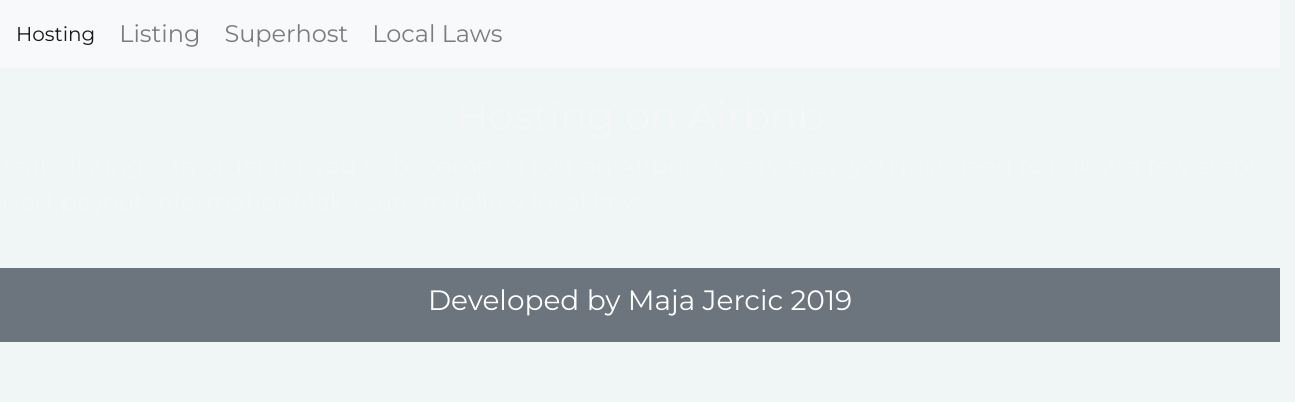
Repository: Maja-Jer/Hosting-on-Airbnb
Page: index.html
The author's editor kept a record of every edit. The page is drawn from the files as they stood at one moment, then again after the next edit.
The browser window is 1280 px wide. The page is 1295 px wide, so the pictures cover 1295 px, including what lies to the right of the window. The pictures show the whole page.
Some web libraries are served in a nearby version.

Above is the page before.
Console error: TypeError: Cannot read properties of undefined (reading 'fn')

### index.html
<!DOCTYPE html>
<html lang="en">

<head>
    <meta charset="UTF-8">
    <meta name="viewport" content="width=device-width, initial-scale=1">
    <meta http-equiv="X-UA-Compatible" content="ie=edge">
    <link rel="stylesheet" href="https://stackpath.bootstrapcdn.com/bootstrap/4.3.1/css/bootstrap.min.css" integrity="sha384-ggOyR0iXCbMQv3Xipma34MD+dH/1fQ784/j6cY/iJTQUOhcWr7x9JvoRxT2MZw1T" crossorigin="anonymous">
    <script src="https://stackpath.bootstrapcdn.com/bootstrap/4.3.1/js/bootstrap.min.js" integrity="sha384-JjSmVgyd0p3pXB1rRibZUAYoIIy6OrQ6VrjIEaFf/nJGzIxFDsf4x0xIM+B07jRM" crossorigin="anonymous"></script>
    <link rel="stylesheet" href="https://use.fontawesome.com/releases/v5.6.1/css/all.css" integrity="sha384-gfdkjb5BdAXd+lj+gudLWI+BXq4IuLW5IT+brZEZsLFm++aCMlF1V92rMkPaX4PP" crossorigin="anonymous">
    <link href="https://fonts.googleapis.com/css?family=Montserrat" rel="stylesheet">
    <link rel="stylesheet" href="style.css" type="text/css" />
    <title>Hosting on Airbnb</title>
</head>

<body>

    <!---------------Navgation-------->
    <nav class="navbar navbar-light bg-light navbar-expand-sm">
         <a href="/" class="navbar-brand">Hosting</a>

        <!---------------Dropdown menu-------->
        <button class="navbar-toggler ml-auto" type="button" data-toggle="collapse" data-target="#navbarNavDropdown" aria-controls="navbarNavDropdown" aria-expanded="false" aria-label="Toggle navigation">
        <span class="navbar-toggler-icon"></span></button>

        <div class="collapse navbar-collapse" id="navbarNavDropdown">
            <ul class="navbar-nav mr-auto">
                <li class="nav-item mr-2"><a class="nav-link" href="#listing">Listing</a></li>
                <li class="nav-item mr-2"><a class="nav-link" href="#superhost">Superhost</a></li>
                <li class="nav-item mr-2"><a class="nav-link" href="#local-laws">Local Laws</a></li>

            </ul>
        </div>

    </nav>


<main>
    <section class= "wrapper">
        <div class="container-fluid p-0">
            <div class="row justify-content-center">
                <header>
                    <h1 class="text-center mt-4">Hosting on Airbnb</h1>
                </header>
                <ul>
                    In order for you to become a Host on Airbnb is very easy, you just need to follow a few steps:
                    <li>Create listing</li>
                    <li>Insert payout information</li>
                    <li>Make sure to follow local laws</li>
                </ul>
            </div>
        </div>

    </section>



</main>
<footer class= "bg-secondary mt-5 p-3">
    <div class= "container-fluid">
        <div class= "col-12 text-white">
            <h3>Developed by Maja Jercic 2019</h3>
        </div>
    </div>

</footer>




    <script src="https://code.jquery.com/jquery-3.3.1.slim.min.js" integrity="sha384-q8i/X+965DzO0rT7abK41JStQIAqVgRVzpbzo5smXKp4YfRvH+8abtTE1Pi6jizo" crossorigin="anonymous"></script>
    <script src="https://cdnjs.cloudflare.com/ajax/libs/popper.js/1.14.7/umd/popper.min.js" integrity="sha384-UO2eT0CpHqdSJQ6hJty5KVphtPhzWj9WO1clHTMGa3JDZwrnQq4sF86dIHNDz0W1" crossorigin="anonymous"></script>

    </div>
    </main>
    <script src="https://stackpath.bootstrapcdn.com/bootstrap/4.3.1/js/bootstrap.min.js" integrity="sha384-JjSmVgyd0p3pXB1rRibZUAYoIIy6OrQ6VrjIEaFf/nJGzIxFDsf4x0xIM+B07jRM" crossorigin="anonymous"></script>



</body>

</html>

### style.css
article, aside, figcaption, figure, footer, header, hgroup, main, nav, section {
    display: block;
}

body {
  font: 20px Montserrat, sans-serif;
  line-height: 1.8;
  color: #f5f6f7;
  background-color: #f0f5f5;
  text-align: center;
  font-weight: 400;
  line-height: 1.5;

}

/*----------------------- header*/

head {
  font-family: 'Roboto', sans-serif;
}



/*----------------------navigation bar*/

ul {
  list-style-type: none;
  margin: 0;
  padding: 0;
  overflow: hidden;
  font-weight: normal;
  font-size: 24px;
}

li {
  float: left;
}

navbar {
  color: #FF5A5F;

}

li a {
  display: block;
  color: white;
  text-align: center;
  padding: 14px 16px;
  text-decoration: none;

}

li a:hover {
  background-color: #FF5A5F;
  color: white;
  text-decoration: none;
  font-weight: bold;
}

/*---------------------end of navigation bar*/



/*---------------------footer*/

.p-3 {
    padding: 1rem!important;
}

.mt-5, .my-5 {
    margin-top: 3rem!important;
}

After the next edit:
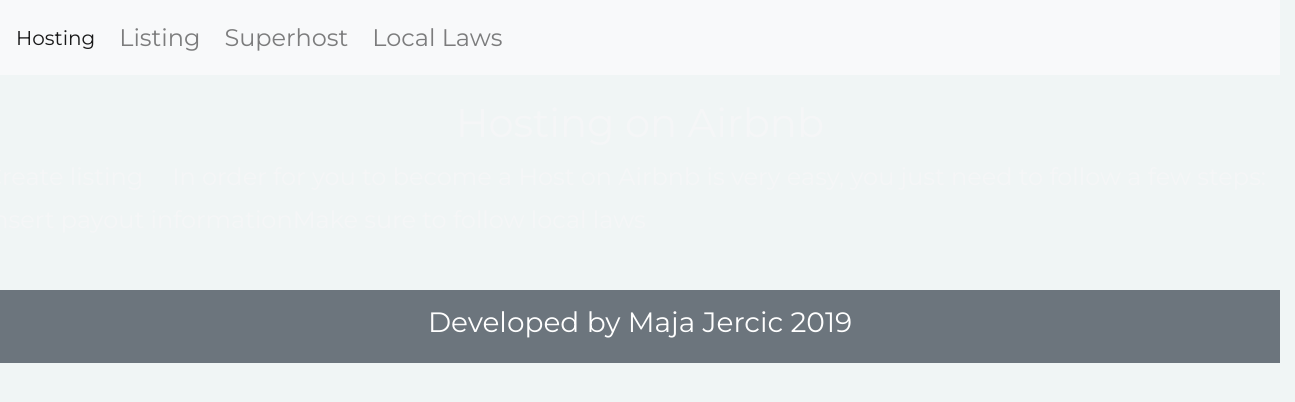
The edit:
--- a/style.css
+++ b/style.css
@@ -9,7 +9,6 @@
   background-color: #f0f5f5;
   text-align: center;
   font-weight: 400;
-  line-height: 1.5;
 
 }
 
